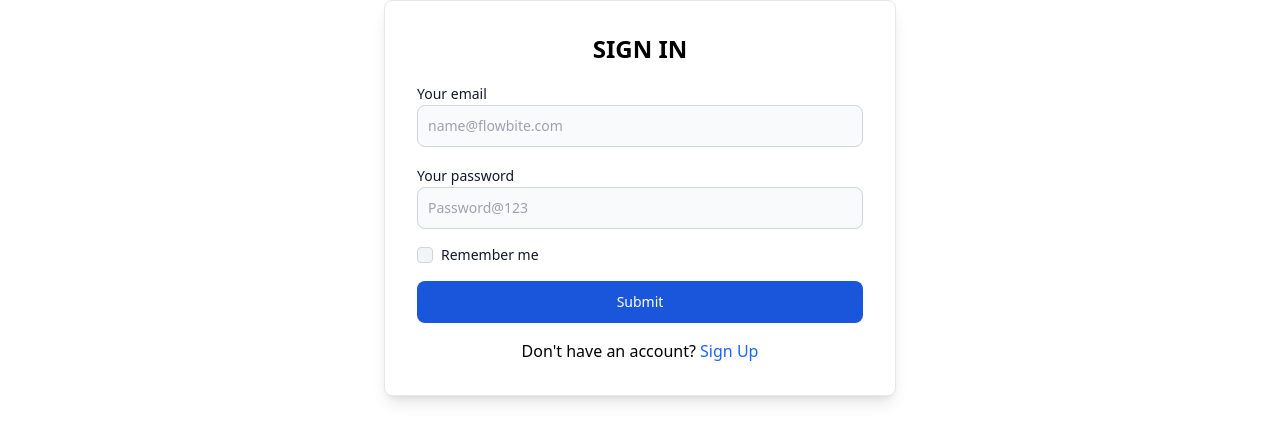
Repository: MahmudShuvo/TeeBay
Page: /dashboard (app in teebay-frontend/)
An editor plug-in stored every save of this project. The page is shown before and after the next save, followed by the edit.
The browser window is 1280 px wide. The pictures show the whole page.
The project was rebuilt for these pictures with package versions that can differ from the ones it lists, and the page was loaded fresh each time. Also part of the build but not shown: teebay-frontend/vite.config.ts, teebay-frontend/src/queries/product.ts, teebay-frontend/src/pages/ConfirmBuy.tsx, teebay-frontend/src/pages/Buy.tsx, teebay-frontend/src/components/ProductCard.tsx, teebay-frontend/src/components/OwnerCard.tsx, teebay-frontend/src/components/LentProducts.tsx, teebay-frontend/src/components/BoughtProducts.tsx and 11 more. Imported but missing from the stored project, and not drawn on this page: teebay-frontend/src/components/SignUp.tsx.

Above is the page before, as saved 2024-07-10 04:27:46.

### teebay-frontend/src/main.tsx
import React from 'react'
import ReactDOM from 'react-dom/client'
import App from './App.jsx'
import {
    ApolloClient,
    InMemoryCache,
    ApolloProvider, createHttpLink,
    // ApolloLink,
    // concat,
    // HttpLink
} from '@apollo/client';
import './index.css'
import {setContext} from "@apollo/client/link/context/index.js";

// const httpLink = new HttpLink({
//   uri: 'http://localhost:4000/graphql',
// });
// const authMiddleware = new ApolloLink((operation, forward) => {
//   const token = window.localStorage.getItem('token');
//   operation.setContext({
//     headers: {
//       authorization: token ? `Bearer ${token}` : '',
//     }
//   });
//   return forward(operation);
// });

// const client = new ApolloClient({
//     uri: 'http://localhost:4000/graphql',
//     cache: new InMemoryCache(),
// });

const httpLink = createHttpLink({
  uri: 'http://localhost:4000/graphql',
});

const authLink = setContext((_, { headers }) => {
  // get the authentication token from local storage if it exists
  const token = localStorage.getItem('token');
    console.log('token', token);
  // return the headers to the context so httpLink can read them
  return {
    headers: {
      ...headers,
      authorization: token ? `Bearer ${token}` : "",
    }
  }
});

const client = new ApolloClient({
  link: authLink.concat(httpLink),
  cache: new InMemoryCache()
});

ReactDOM.createRoot(document.getElementById('root')!).render(
    <ApolloProvider client={client}>
        <React.StrictMode>
            <App/>
        </React.StrictMode>
    </ApolloProvider>,
)

### teebay-frontend/src/App.tsx
import {
    BrowserRouter,
    Outlet, Route,
    Routes,
    useNavigate
} from 'react-router-dom';
import Buy from './pages/Buy';
import {Dashboard as PageDashboard} from './pages/Dashboard';
import {HiChartPie, HiViewBoards} from "react-icons/hi"
import {Sidebar} from "flowbite-react";
import {AuthProvider, useAuth} from "./hooks/useAuth";
import {ProtectedRoute} from "./components/ProtectedRoute.tsx";
import MyProducts from "./components/MyProducts.tsx";
import {Login} from "./components/Login.tsx";
import SignUp from "./components/SignUp.tsx";
import MainNav from "./components/MainNav.tsx";
import HomePage from "./pages/HomePage.tsx";

export default function App() {
    return (
        <BrowserRouter>
            <AuthProvider>
                <Routes>
                    <Route path="/" element={<Layout/>}>
                        <Route index element={<HomePage/>}/>
                        <Route path="/product/:productId" element={<Buy/>}/>
                    </Route>
                    <Route path="/dashboard"
                           element={<ProtectedRoute><DashboardLayout/></ProtectedRoute>}>
                        <Route index element={<PageDashboard/>}/>
                        <Route path="/dashboard/products" element={<MyProducts/>}/>
                    </Route>
                    <Route path="/login" element={<Login/>}/>
                    <Route path="/signup" element={<SignUp/>}/>
                </Routes>
            </AuthProvider>
        </BrowserRouter>
    );
}


export function DashboardLayout() {
    const navigate = useNavigate()
    const {user} = useAuth()
    return (
        <div>
            <MainNav/>

            <div className='min-h-screen mx-auto container text-sm'>
                <div className="grid grid-cols-4 gap-x-8">
                    <div className='col-span-1 shadow'>
                        <Sidebar aria-label="Default sidebar example">
                            <Sidebar.Items>
                                <Sidebar.ItemGroup>
                                    <Sidebar.Item icon={HiChartPie}>
                                        {user?.name}
                                        <span className="block">{user?.email}</span>
                                    </Sidebar.Item>

                                </Sidebar.ItemGroup>
                                <Sidebar.ItemGroup>
                                    <Sidebar.Item onClick={() => navigate("/dashboard/products")}
                                                  icon={HiChartPie}>
                                        My Products
                                    </Sidebar.Item>
                                    <Sidebar.Item onClick={() => navigate("/dashboard")}
                                                  icon={HiViewBoards} label="all"
                                                  labelColor="dark">
                                        History
                                    </Sidebar.Item>
                                </Sidebar.ItemGroup>
                                <Sidebar.ItemGroup>
                                    <Sidebar.Item href="#" icon={HiChartPie}>
                                        Logout
                                    </Sidebar.Item>
                                </Sidebar.ItemGroup>
                            </Sidebar.Items>
                        </Sidebar>
                    </div>

                    <div className='col-span-3'>
                        <Outlet/>
                    </div>
                </div>
            </div>
        </div>
    );
}

export function Layout() {
    return (
        <div>
            <MainNav/>

            <div className='min-h-screen mx-auto container'>
                <Outlet/>
            </div>
        </div>
    );
}

### teebay-frontend/src/index.css
@import '../node_modules/flowbite';

@tailwind base;
@tailwind components;
@tailwind utilities;

### teebay-frontend/src/hooks/useAuth.tsx
import React, {createContext, useContext, useMemo, ReactNode, useEffect} from 'react';
import {useNavigate} from 'react-router-dom';
import {useLocalStorage} from './useLocalStorage';

// Define the shape of the context value
interface AuthContextType {
    user: any;
    loading: boolean;
    login: (data: any) => Promise<void>;
    logout: () => void;
}

// Create the AuthContext with a default value
const AuthContext = createContext<AuthContextType | undefined>(undefined);

// Define the shape of the AuthProvider props
interface AuthProviderProps {
    children: ReactNode;
}


export const AuthProvider: React.FC<AuthProviderProps> = ({children}) => {
    const [user, setUser] = React.useState<any | null>(null);
    const [loading, setLoading] = React.useState(true);
    const [localUser, setLocalUser] = useLocalStorage<any>('user');
    const navigate = useNavigate();

    useEffect(() => {
        if (localUser) {
            setUser(localUser);
        }
        setLoading(false);
    }, [localUser]);

    // call this function when you want to authenticate the user
    const login = async (data: any) => {
        setLocalUser(data);
        setUser(data);
        navigate('/dashboard');
    };

    // call this function to sign out logged-in user
    const logout = () => {
        localStorage.removeItem('user');
        localStorage.removeItem('token');
        setUser(null);
        navigate('/', {replace: true});
    };

    const value = useMemo(
        () => ({
            user,
            loading,
            login,
            logout,
        }),
        [user, loading]
    );

    return <AuthContext.Provider value={value}>{children}</AuthContext.Provider>;
};

// Custom hook to use the AuthContext
export const useAuth = (): AuthContextType => {
    const context = useContext(AuthContext);
    if (context === undefined) {
        throw new Error('useAuth must be used within an AuthProvider');
    }
    return context;
};

### teebay-frontend/src/components/ProtectedRoute.tsx
import React, {ReactNode} from 'react';
import {Navigate} from 'react-router-dom';
import {useAuth} from '../hooks/useAuth'; // Adjust the path as needed

interface ProtectedRouteProps {
    children: ReactNode;
}

export const ProtectedRoute: React.FC<ProtectedRouteProps> = ({children}) => {
    const {user, loading} = useAuth();

    if (loading) {
        return <div>Loading...</div>; // You can replace this with a proper loading indicator
    }

    if (!user) {
        return <Navigate to="/login"/>;
    }

    return <>{children}</>;
};

### teebay-frontend/src/components/Login.tsx
import React from "react";
import {Button, Checkbox, Label, TextInput} from "flowbite-react";
import {LOGIN_MUTATION} from "../queries/authentication";
import {useMutation} from "@apollo/client";
import {useAuth} from "../hooks/useAuth";
import {useForm} from "react-hook-form";
import {useLocalStorage} from "../hooks/useLocalStorage";
import {useNavigate} from "react-router-dom";

export function Login() {
    const {user: loginUser, login} = useAuth();
    const [token, setToken] = useLocalStorage("token")
    const [user, setUser] = useLocalStorage("user")
    const navigate = useNavigate()
    const form = useForm()

    const [loginMutation, {loading, error}] = useMutation(LOGIN_MUTATION, {
        onCompleted: (data) => {
            if (data.login.token) {
                setToken(data.login.token);
                login(data.login.user);
            }
        },
    });

    const handleSubmit = async (data: any) => {
        await loginMutation({variables: {email: data?.email, password: data?.password}})
    };
    if (loginUser) {
        navigate('/')
    }
    return (
        <div className="min-h-screen flex justify-center items-center bg-white">
            <div
                className="w-full max-w-lg p-8 bg-white border shadow-lg rounded-lg border-black">
                <h3 className="text-center font-bold text-2xl mb-4">SIGN IN</h3>
                <form onSubmit={form.handleSubmit(handleSubmit)}>
                    <div className="mb-4">
                        <Label htmlFor="email1" value="Your email"/>
                        <TextInput {...form.register('email')} id="email1" type="email"
                                   placeholder="name@flowbite.com" required className="w-full"/>
                    </div>
                    <div className="mb-4">
                        <Label htmlFor="password1" value="Your password"/>
                        <TextInput {...form.register('password')} id="password1" type="password"
                                   placeholder="Password@123" required className="w-full"/>
                    </div>
                    <div className="flex items-center mb-4">
                        <Checkbox id="remember"/>
                        <Label htmlFor="remember" className="ml-2">Remember me</Label>
                    </div>
                    <Button type="submit" color="blue" className="w-full">Submit</Button>
                </form>
                <div className="mt-4 text-center">
                    <p>
                        Don't have an account? <a href="/signup"
                                                  className="text-blue-600 hover:underline">Sign
                        Up</a>
                    </p>
                </div>
            </div>
        </div>
    );
}

### teebay-frontend/src/hooks/useLocalStorage.tsx
import {useState} from 'react';

export const useLocalStorage = <T, >(keyName: string) => {
    const [storedValue, setStoredValue] = useState<T>(() => {
        try {
            const value = window.localStorage.getItem(keyName);
            if (value) {
                return JSON.parse(value) as T;
            }
        } catch (err) {
            return
        }
    });

    const setValue = (newValue: T) => {
        try {
            if (newValue === undefined || newValue === null) {
                return
            }
            if (typeof newValue === 'string') {
                window.localStorage.setItem(keyName, newValue);
            } else {
                window.localStorage.setItem(keyName, JSON.stringify(newValue));
            }
        } catch (err) {
            console.error(err);
        }
        setStoredValue(newValue);
    };

    return [storedValue, setValue] as const;
};

### teebay-frontend/src/queries/authentication.ts
import {gql} from "@apollo/client";

export const LOGIN_MUTATION = gql`
  mutation Login($email: String!, $password: String!) {
    login(email: $email, password: $password) {
      token
      user {
        id
        email
        name
      }
    }
  }
`;

export const ME_QUERY = gql`
  query Me {
    me {
      id
      email
      name
    }
  }
`;

After the next save:
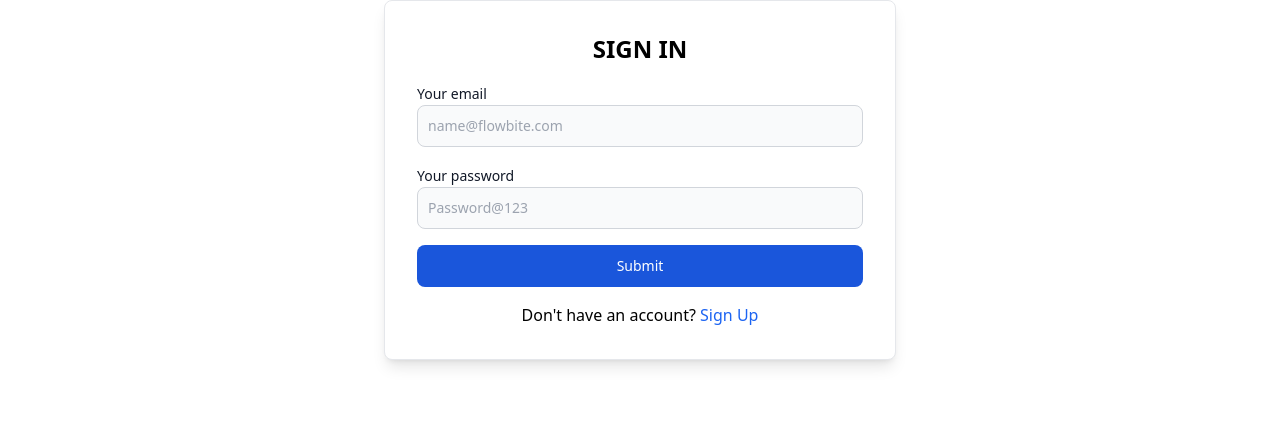
Saved 7 h 37 min later.
--- a/teebay-frontend/src/components/Login.tsx
+++ b/teebay-frontend/src/components/Login.tsx
@@ -45,10 +45,10 @@ export function Login() {
                         <TextInput {...form.register('password')} id="password1" type="password"
                                    placeholder="Password@123" required className="w-full"/>
                     </div>
-                    <div className="flex items-center mb-4">
+                    {/* <div className="flex items-center mb-4">
                         <Checkbox id="remember"/>
                         <Label htmlFor="remember" className="ml-2">Remember me</Label>
-                    </div>
+                    </div> */}
                     <Button type="submit" color="blue" className="w-full">Submit</Button>
                 </form>
                 <div className="mt-4 text-center">
